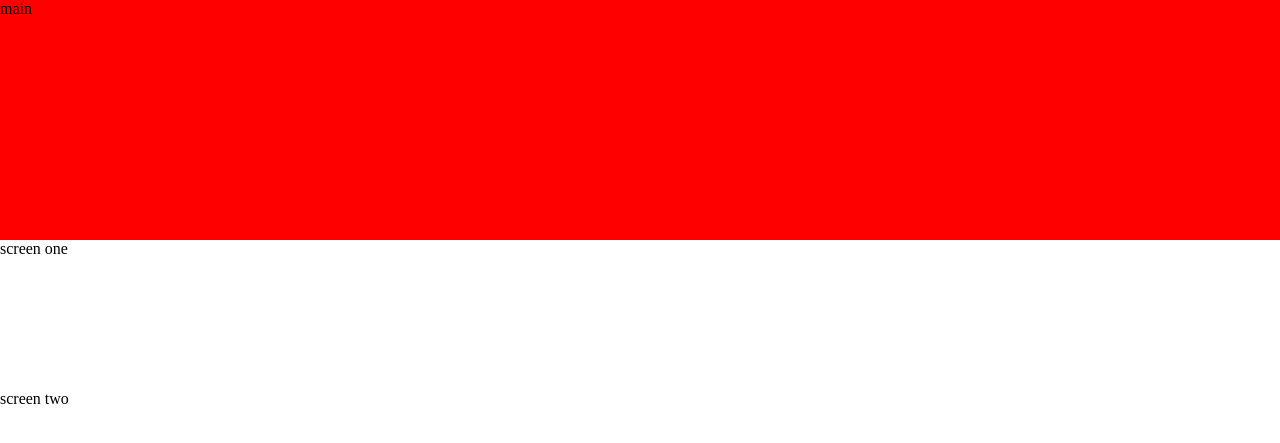
Repository: suhong99/htmlLecture
Page: cssSample3/src/main/webapp/index.html
The author's editor kept a copy of each file at every save. The page is drawn from the files as they stood at one save, then again after the next save.
The browser window is 1280 px wide. The pictures show the whole page.

Above is the page before, as saved 2023-06-22 04:12:17.

### cssSample3/src/main/webapp/index.html
<!DOCTYPE html>
<html>
<head>
<meta charset="UTF-8">
<title>Insert title here</title>
<style type="text/css">
body {
	margin :0;
}
#mainScr {
	width:100%;
	height : 240px;
	background-color:  red;
}
#one {
	width: 200px;
	height: 150px;
}
</style>
</head>
<body>

<div id="mainScr"> main</div>
<div id="one"> screen one</div>
<div id="two">screen two</div>
</body>
</html>

After the next save:
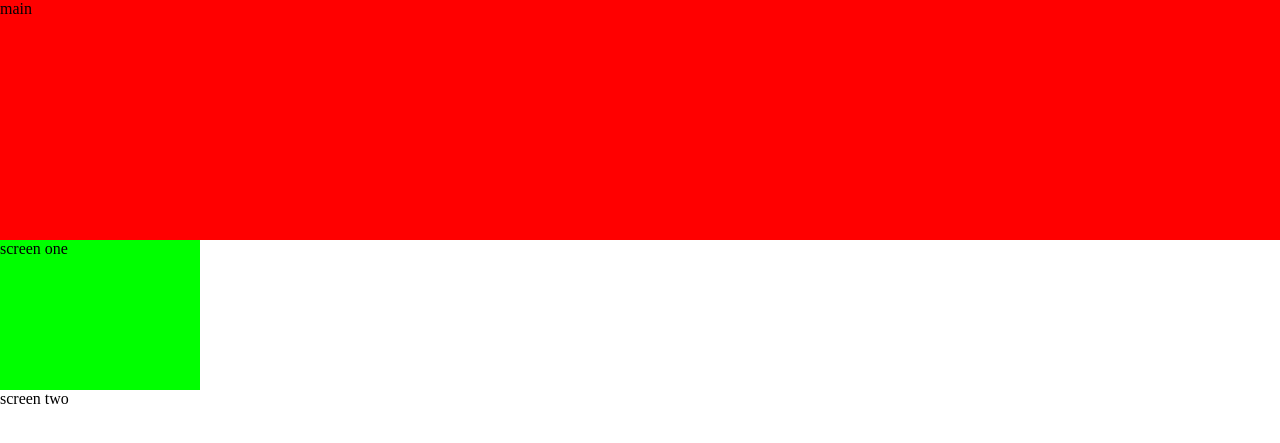
Saved 16 s later.
--- a/cssSample3/src/main/webapp/index.html
+++ b/cssSample3/src/main/webapp/index.html
@@ -15,6 +15,7 @@ body {
 #one {
 	width: 200px;
 	height: 150px;
+	background-color: #00ff00;
 }
 </style>
 </head>
